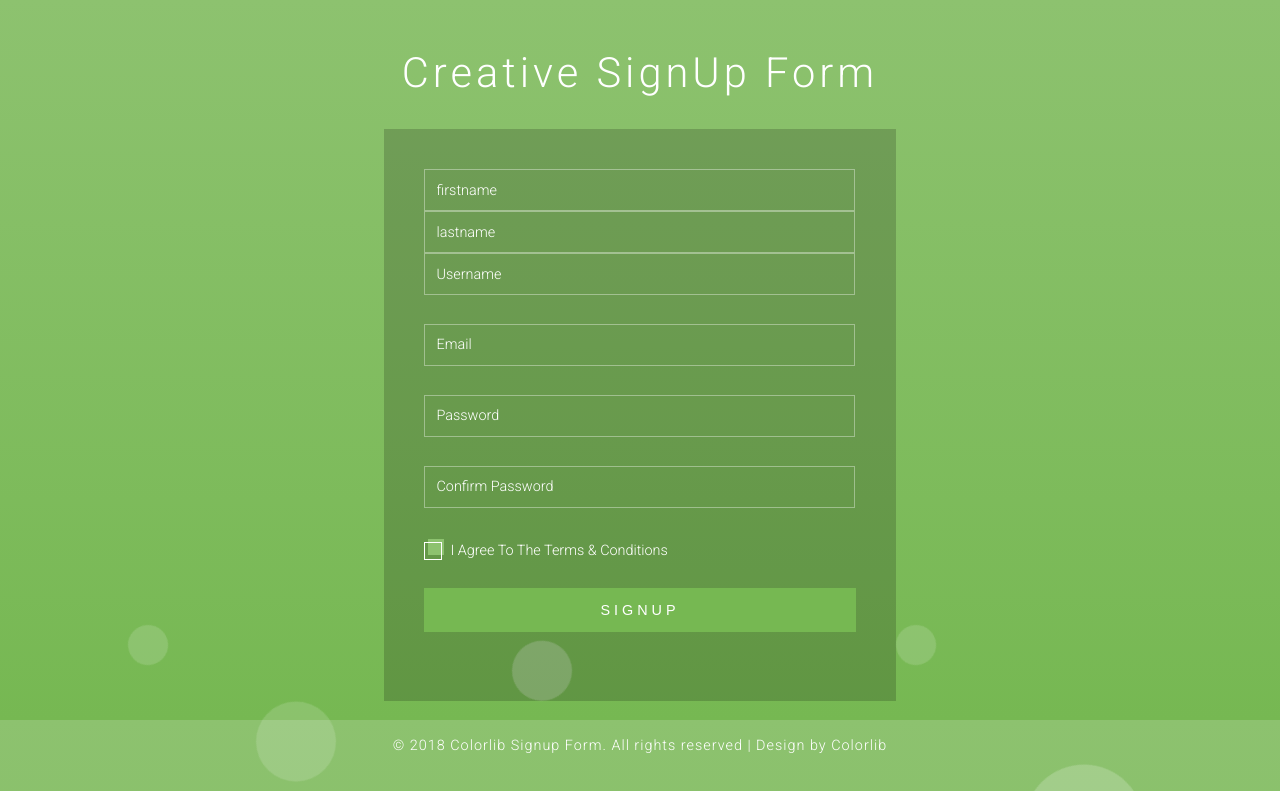
Repository: sagnik938/JSP-JSTL-and-Hibernate
Page: EmpRegForm/src/main/webapp/index.html
The author's editor kept a copy of each file at every save. The page is drawn from the files as they stood at one save, then again after the next save.
The browser window is 1280 px wide. The pictures show the whole page.
Backgrounds fixed to the window are drawn as part of the page.

Above is the page before, as saved 2023-02-09 06:31:32.

### EmpRegForm/src/main/webapp/index.html
<!DOCTYPE html>
<html>
<head>
<title>Creative Colorlib SignUp Form</title>
<meta name="viewport" content="width=device-width, initial-scale=1">
<meta http-equiv="Content-Type" content="text/html; charset=utf-8" />
<script type="application/x-javascript"> addEventListener("load", function() { setTimeout(hideURLbar, 0); }, false); function hideURLbar(){ window.scrollTo(0,1); } </script>
<!-- Custom Theme files -->
<link href="style.css" rel="stylesheet" type="text/css" media="all" />
<!-- //Custom Theme files -->
<!-- web font -->
<link href="//fonts.googleapis.com/css?family=Roboto:300,300i,400,400i,700,700i" rel="stylesheet">
<!-- //web font -->
</head>
<body>
	  <!-- main -->
  <div class="main-w3layouts wrapper">
    <h1>Creative SignUp Form</h1>
    <div class="main-agileinfo">
      <div class="agileits-top">
        <form action="#" method="post">
          <input class="text" type="text" name="firstname" placeholder="firstname" required="">
          <input class="text" type="text" name="lasttname" placeholder="lastname" required="">
          <input class="text" type="text" name="Username" placeholder="Username" required="">
          <input class="text email" type="email" name="email" placeholder="Email" required="">
          <input class="text" type="password" name="password" placeholder="Password" required="">
          <input class="text w3lpass" type="password" name="password" placeholder="Confirm Password" required="">
          <div class="wthree-text">
            <label class="anim">
              <input type="checkbox" class="checkbox">
              <span>I Agree To The Terms & Conditions</span>
            </label>
            <div class="clear"> </div>
          </div>
          <input type="submit" value="SIGNUP">
        </form>
      </div>
    </div>
    <!-- copyright -->
    <div class="colorlibcopy-agile">
      <p>© 2018 Colorlib Signup Form. All rights reserved | Design by <a href="https://colorlib.com/" target="_blank">Colorlib</a></p>
    </div>
    <!-- //copyright -->
    <ul class="colorlib-bubbles">
      <li></li>
      <li></li>
      <li></li>
      <li></li>
      <li></li>
      <li></li>
      <li></li>
      <li></li>
      <li></li>
      <li></li>
    </ul>
  </div>
  <!-- //main -->
</body>
</html>

Loaded but not shown: EmpRegForm/src/main/webapp/style.css (common file)

After the next save:
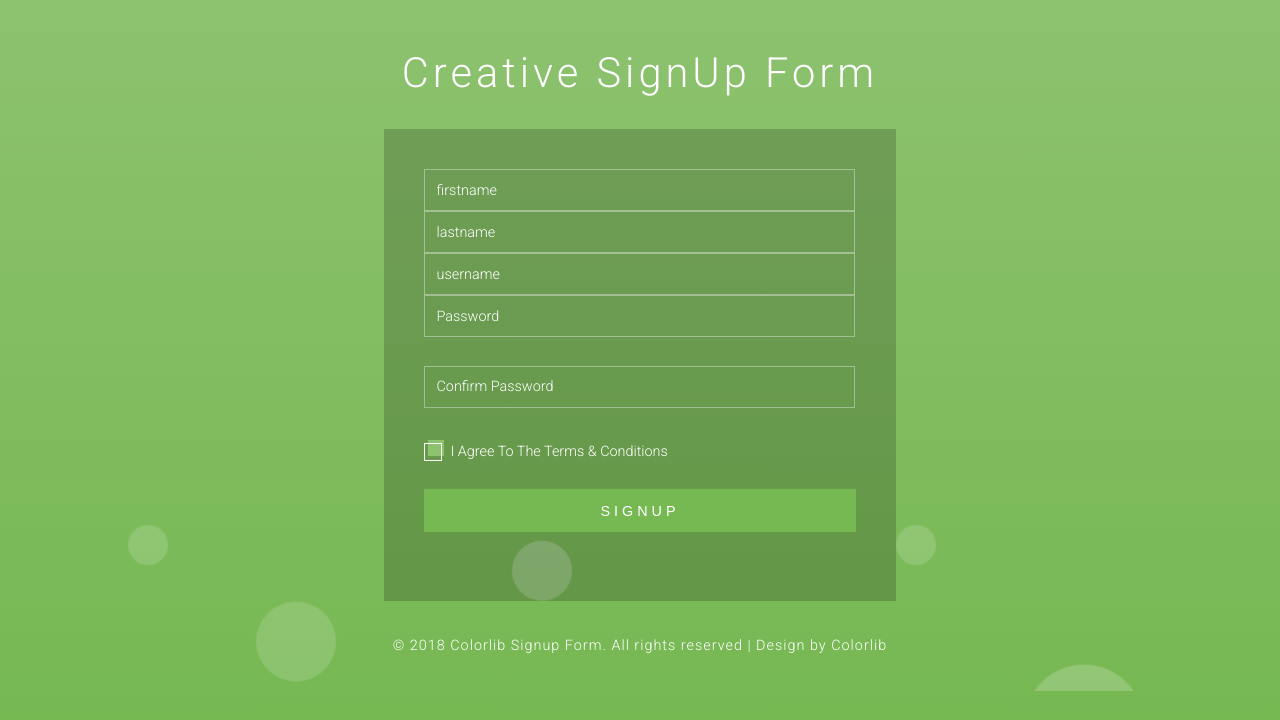
Saved 48 s later.
--- a/EmpRegForm/src/main/webapp/index.html
+++ b/EmpRegForm/src/main/webapp/index.html
@@ -21,8 +21,7 @@
         <form action="#" method="post">
           <input class="text" type="text" name="firstname" placeholder="firstname" required="">
           <input class="text" type="text" name="lasttname" placeholder="lastname" required="">
-          <input class="text" type="text" name="Username" placeholder="Username" required="">
-          <input class="text email" type="email" name="email" placeholder="Email" required="">
+          <input class="text" type="text" name="username" placeholder="username" required="">
           <input class="text" type="password" name="password" placeholder="Password" required="">
           <input class="text w3lpass" type="password" name="password" placeholder="Confirm Password" required="">
           <div class="wthree-text">
